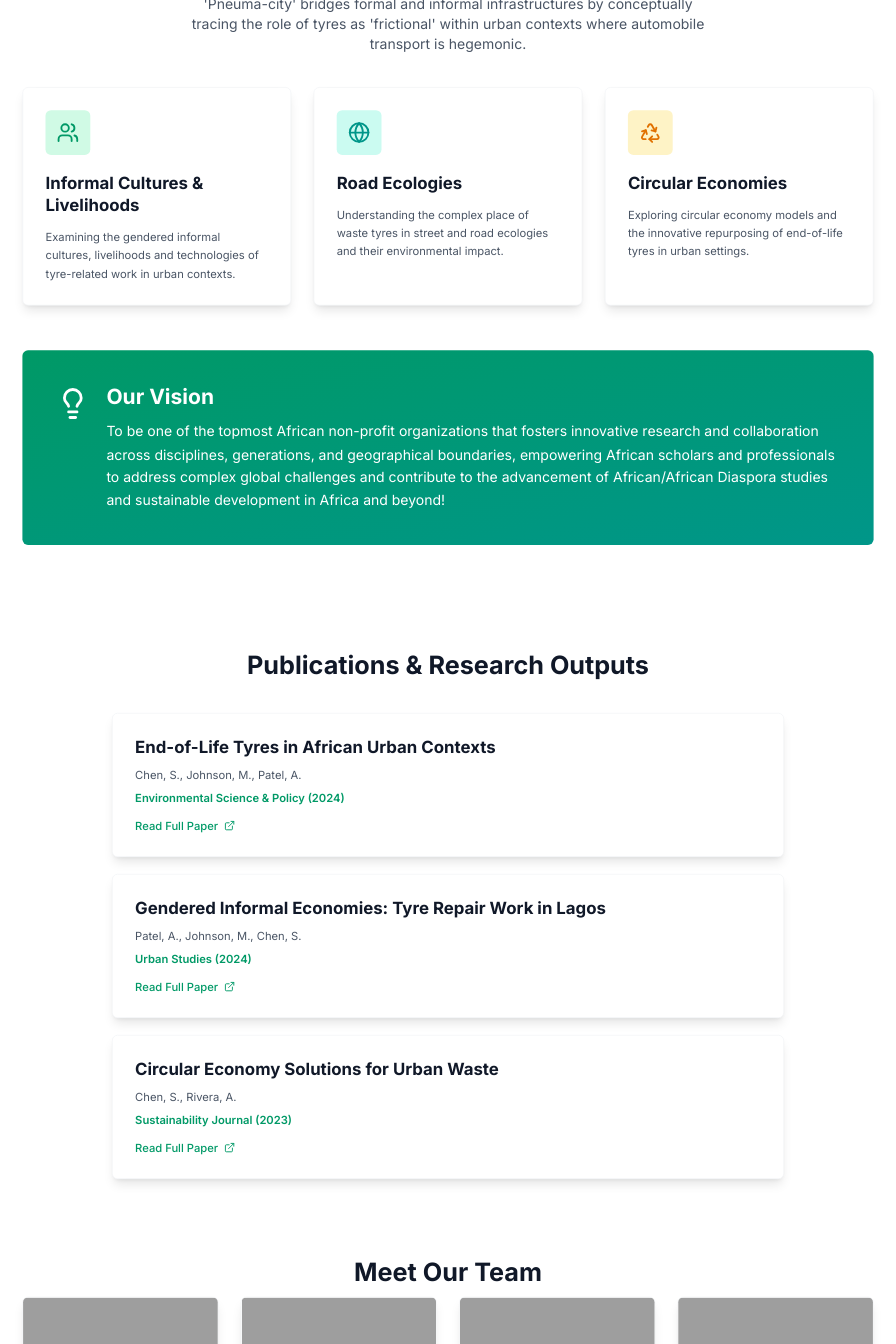
Repository: tiossdav/codesria
Page: /
An editor plug-in stored every save of this project. The page is shown before and after the next save, followed by the edit.
The browser window is 1280 px wide. The pictures show the part of the page from y = 1699 to 3619 px (the page is 5099 px tall before and 5119 px after), at 70% of full size.
Pictures or frames that could not be fetched are drawn as grey boxes. The project was rebuilt for these pictures with package versions that can differ from the ones it lists, and the page was loaded fresh each time. Also part of the build but not shown: vite.config.ts.

Above is the page before, as saved 2025-11-19 20:03:41.

After the next save:
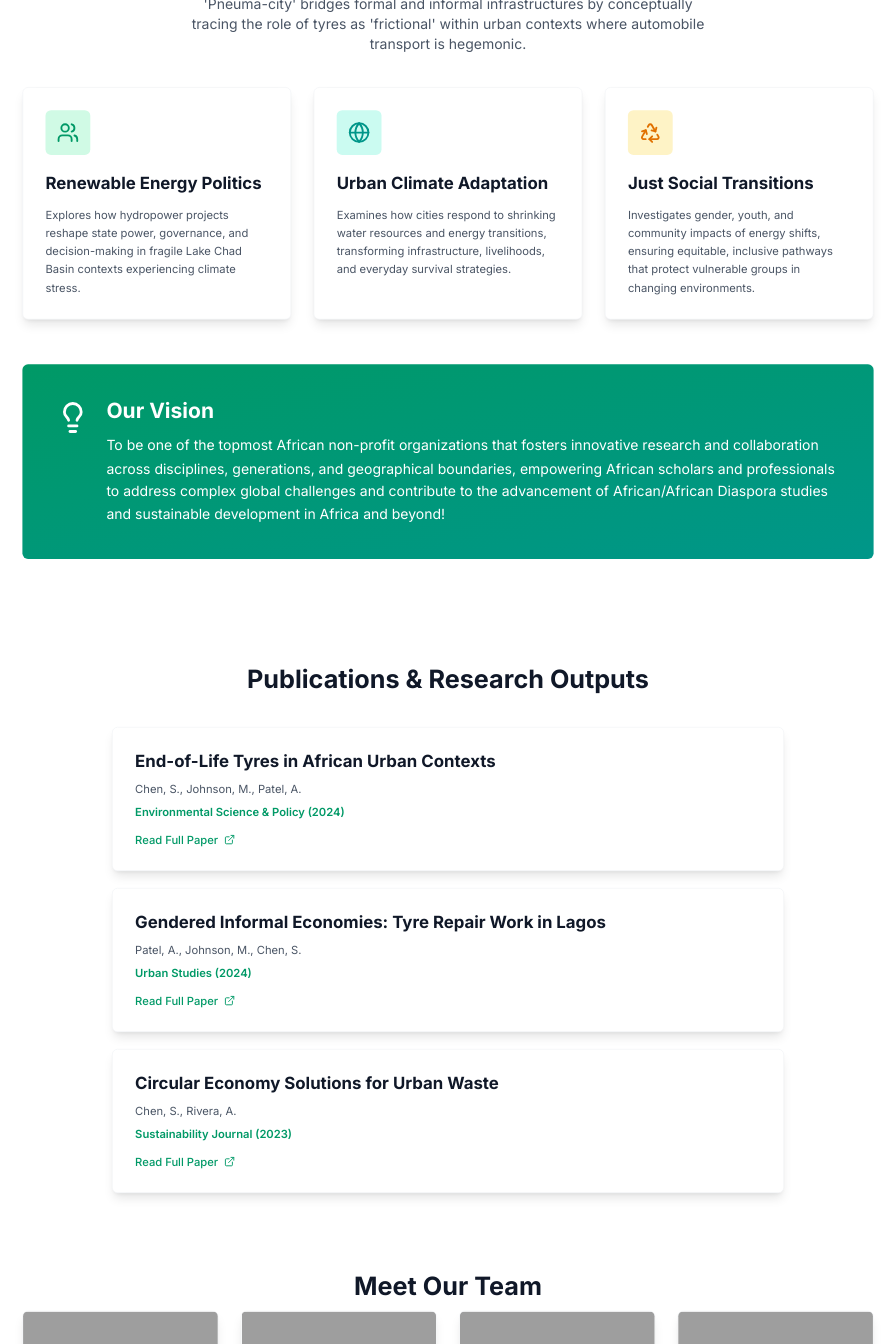
Saved 5 min 4 s later.
--- a/src/pages/Research.tsx
+++ b/src/pages/Research.tsx
@@ -18,11 +18,12 @@ function Research() {
             <Users className="h-8 w-8 text-emerald-600" />
           </div>
           <h3 className="text-2xl font-bold text-gray-900 mb-4">
-            Informal Cultures & Livelihoods
+            Renewable Energy Politics
           </h3>
           <p className="text-gray-600 leading-relaxed">
-            Examining the gendered informal cultures, livelihoods and
-            technologies of tyre-related work in urban contexts.
+            Explores how hydropower projects reshape state power, governance,
+            and decision-making in fragile Lake Chad Basin contexts experiencing
+            climate stress.
           </p>
         </div>
 
@@ -31,11 +32,12 @@ function Research() {
             <Globe className="h-8 w-8 text-teal-600" />
           </div>
           <h3 className="text-2xl font-bold text-gray-900 mb-4">
-            Road Ecologies
+            Urban Climate Adaptation
           </h3>
           <p className="text-gray-600 leading-relaxed">
-            Understanding the complex place of waste tyres in street and road
-            ecologies and their environmental impact.
+            Examines how cities respond to shrinking water resources and energy
+            transitions, transforming infrastructure, livelihoods, and everyday
+            survival strategies.
           </p>
         </div>
 
@@ -44,11 +46,12 @@ function Research() {
             <Recycle className="h-8 w-8 text-amber-600" />
           </div>
           <h3 className="text-2xl font-bold text-gray-900 mb-4">
-            Circular Economies
+            Just Social Transitions
           </h3>
           <p className="text-gray-600 leading-relaxed">
-            Exploring circular economy models and the innovative repurposing of
-            end-of-life tyres in urban settings.
+            Investigates gender, youth, and community impacts of energy shifts,
+            ensuring equitable, inclusive pathways that protect vulnerable
+            groups in changing environments.
           </p>
         </div>
       </div>
